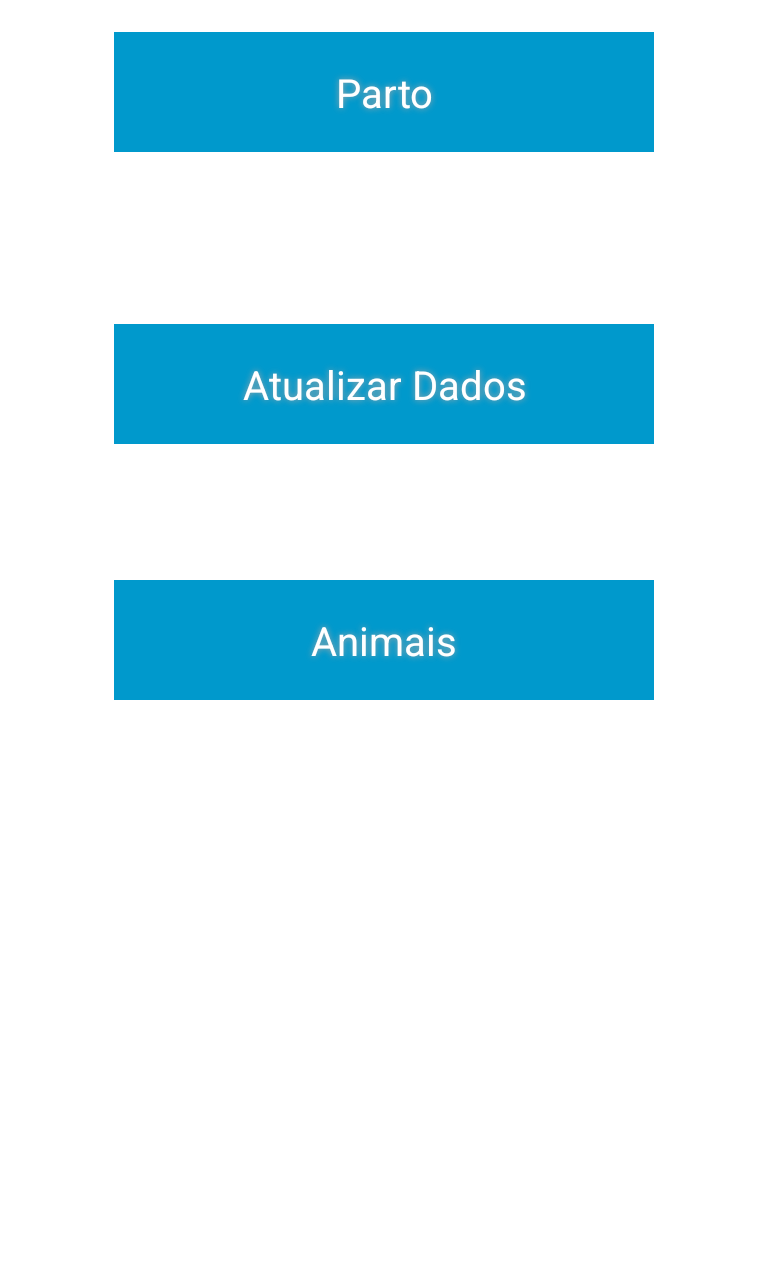
Repository: vpamaral/TaurusMobile
Layout: TaurusMobile/res/layout/activity_main.xml
These files come from the project's save history. The layout is drawn as it stood at one moment and after the next save; the edit follows.
It is drawn on a 768 x 1280 px phone screen (xhdpi) without system bars, with theme AppTheme; the app's code is not run.

Above is the layout before, as saved 2015-05-14 16:48:44.

### TaurusMobile/res/layout/activity_main.xml
<RelativeLayout xmlns:android="http://schemas.android.com/apk/res/android"
    xmlns:tools="http://schemas.android.com/tools"
    android:layout_width="match_parent"
    android:layout_height="match_parent"
    android:paddingBottom="@dimen/activity_vertical_margin"
    android:paddingLeft="@dimen/activity_horizontal_margin"
    android:paddingRight="@dimen/activity_horizontal_margin"
    android:paddingTop="@dimen/activity_vertical_margin"
    tools:context="br.com.taurusmobile.ui.MainActivity" >

    <Button
        android:id="@+id/btn_animal"
        android:layout_width="270dp"
        android:layout_height="60dp"
        android:layout_alignLeft="@+id/btn_atualiza"
        android:layout_centerHorizontal="true"
        android:layout_centerVertical="true"
        android:background="@drawable/btn_selector"
        android:shadowColor="#A8A8A8"
        android:shadowDx="0"
        android:shadowDy="0"
        android:shadowRadius="5"
        android:text="Animais"
        android:textColor="#FFFFFF"
        android:textSize="20sp" />

    <Button
        android:id="@+id/btn_parto"
        android:layout_width="270dp"
        android:layout_height="60dp"

        android:layout_alignLeft="@+id/btn_atualiza"
        android:layout_marginBottom="59dp"
        android:background="@drawable/btn_selector"
        android:shadowColor="#A8A8A8"
        android:shadowDx="0"
        android:shadowDy="0"
        android:shadowRadius="5"
        android:text="Parto"
        android:textColor="#FFFFFF"
        android:textSize="20sp" />

    <Button
        android:id="@+id/btn_atualiza"
        android:layout_width="270dp"
        android:layout_height="60dp"
        android:layout_above="@+id/btn_animal"
        android:layout_centerHorizontal="true"
        android:layout_marginBottom="68dp"
        android:background="@drawable/btn_selector"
        android:shadowColor="#A8A8A8"
        android:shadowDx="0"
        android:shadowDy="0"
        android:shadowRadius="5"
        android:text="Atualizar Dados"
        android:textColor="#FFFFFF"
        android:textSize="20sp" />

</RelativeLayout>

### TaurusMobile/res/drawable/btn_selector.xml
<?xml version="1.0" encoding="utf-8"?>
<selector xmlns:android="http://schemas.android.com/apk/res/android" android:shape="rectangle">
    <item android:drawable="@android:color/holo_blue_light" android:state_pressed="true"/>
     <item android:drawable="@android:color/holo_blue_dark"/>
</selector>

Loaded but not shown: TaurusMobile/res/values/styles.xml (common file); TaurusMobile/res/values-v11/styles.xml (common file); TaurusMobile/res/values-v14/styles.xml (common file); TaurusMobile/res/values/dimens.xml (common file); TaurusMobile/res/values-w820dp/dimens.xml (common file)

After the next save:
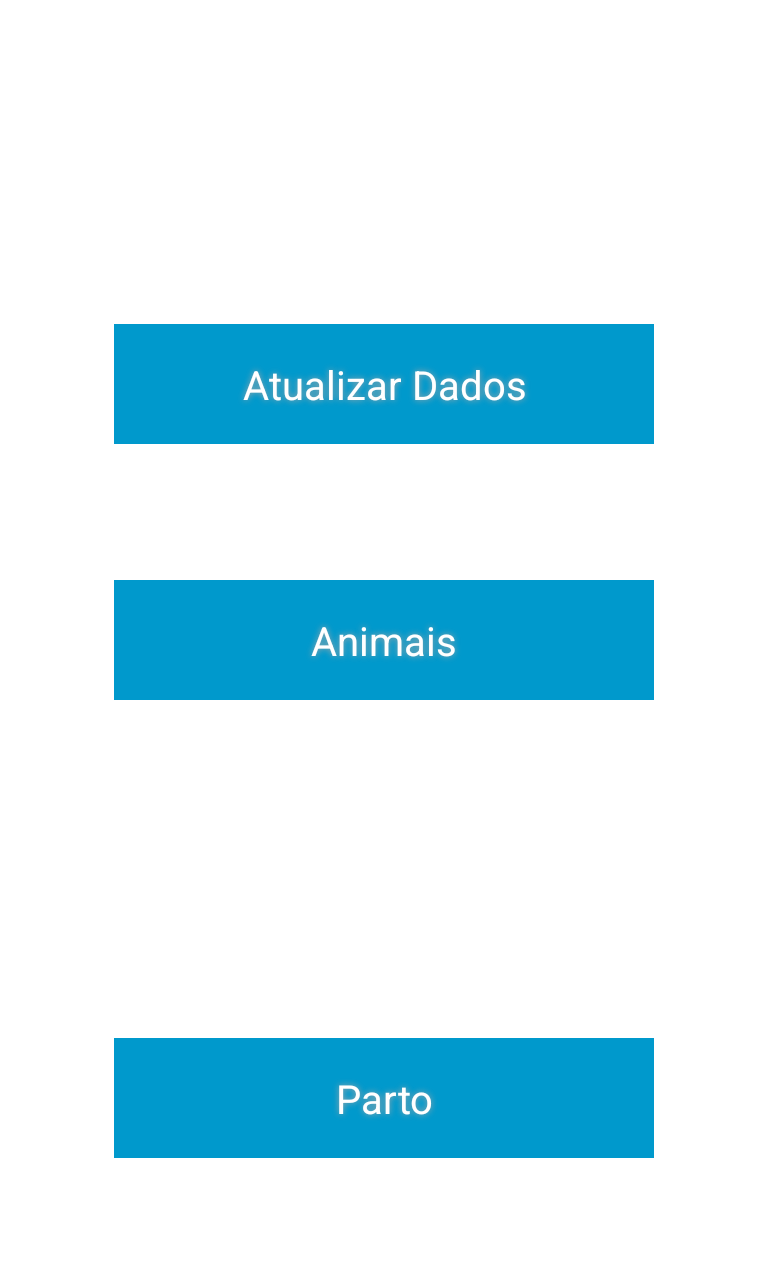
Saved 26 s later.
--- a/TaurusMobile/res/layout/activity_main.xml
+++ b/TaurusMobile/res/layout/activity_main.xml
@@ -25,22 +25,6 @@
         android:textSize="20sp" />
 
     <Button
-        android:id="@+id/btn_parto"
-        android:layout_width="270dp"
-        android:layout_height="60dp"
-
-        android:layout_alignLeft="@+id/btn_atualiza"
-        android:layout_marginBottom="59dp"
-        android:background="@drawable/btn_selector"
-        android:shadowColor="#A8A8A8"
-        android:shadowDx="0"
-        android:shadowDy="0"
-        android:shadowRadius="5"
-        android:text="Parto"
-        android:textColor="#FFFFFF"
-        android:textSize="20sp" />
-
-    <Button
         android:id="@+id/btn_atualiza"
         android:layout_width="270dp"
         android:layout_height="60dp"
@@ -56,4 +40,20 @@
         android:textColor="#FFFFFF"
         android:textSize="20sp" />
 
+    <Button
+        android:id="@+id/btn_parto"
+        android:layout_width="270dp"
+        android:layout_height="60dp"
+        android:layout_alignLeft="@+id/btn_animal"
+        android:layout_alignParentBottom="true"
+        android:layout_marginBottom="45dp"
+        android:background="@drawable/btn_selector"
+        android:shadowColor="#A8A8A8"
+        android:shadowDx="0"
+        android:shadowDy="0"
+        android:shadowRadius="5"
+        android:text="Parto"
+        android:textColor="#FFFFFF"
+        android:textSize="20sp" />
+
 </RelativeLayout>
